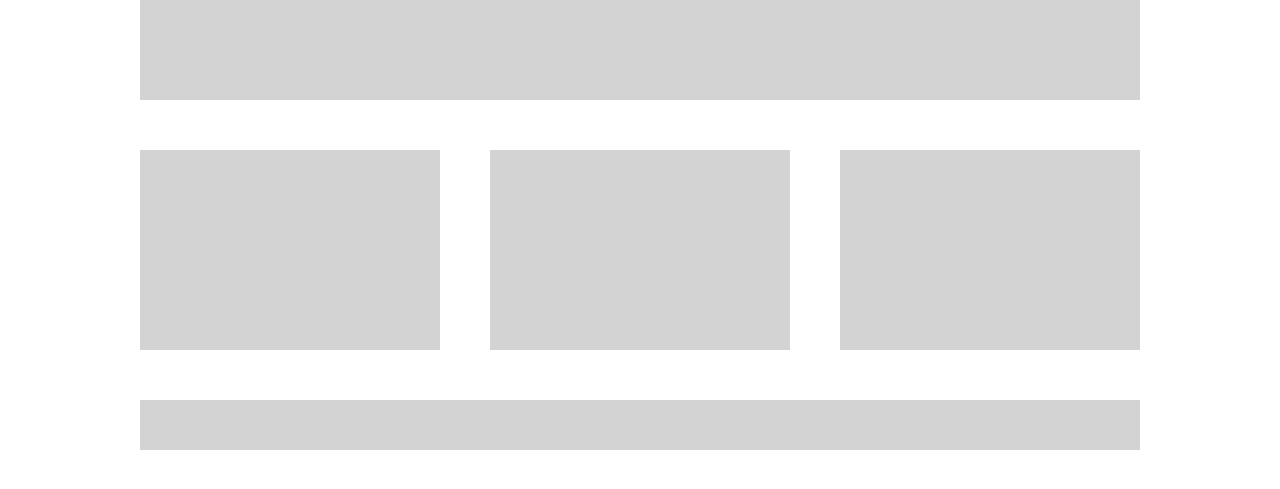
Repository: onopriienkoalina/onopriienkoalina.github.io
Page: dz9_containers/index.html
These files come from the project's save history. The page is drawn as it stood at one moment and after a run of saves; the edit follows.
The browser window is 1280 px wide. The pictures show the whole page.
The style sheet was rebuilt from its Sass, Less or Tailwind sources for each picture, by a compiler version that may differ from the author's.

Above is the page before, as saved 2021-12-01 18:52:22.

### dz9_containers/index.html
<!DOCTYPE html>
<html lang="en">
<head>
    <meta charset="UTF-8">
    <meta http-equiv="X-UA-Compatible" content="IE=edge">
    <meta name="viewport" content="width=device-width, initial-scale=1.0">
    <title>Document</title>
    <link href="reset.css" rel="stylesheet">
    <link href="css/style.css" rel="stylesheet">
</head>
<body>
    <div class="block1">
<div class="header"></div>
<div class="section1"></div>
<div class="section2"></div>
<div class="section3"></div>
<div class="footer"></div>
</div>
</body>
</html>

### dz9_containers/style.scss

.section1{
 float: left;
 width: 30%;
 height: 200px;
 background-color: #D3D3D3;
}
.section2{
    float: left;
    width: 30%;
    height: 200px;
    margin-left: 5%;
    background-color: #D3D3D3;
}
.section3{
    float: left;
    width: 30%;
    height: 200px;
    margin-left: 5%;
    margin-bottom: 5%;
    background-color: #D3D3D3;
}
.header {
    clear: left;
    width: 100%;
    height: 100px;
    margin-bottom: 5%;
    background-color: #D3D3D3;
}
.footer {
    clear: left;
    width: 100%;
    height: 50px;
    background-color: #D3D3D3;
    margin-top: 5%;
}
.block1 {
    width: 1000px;
    margin: auto;
}

Loaded but not shown: dz9_containers/reset.css (common file)

After the next 3 saves:
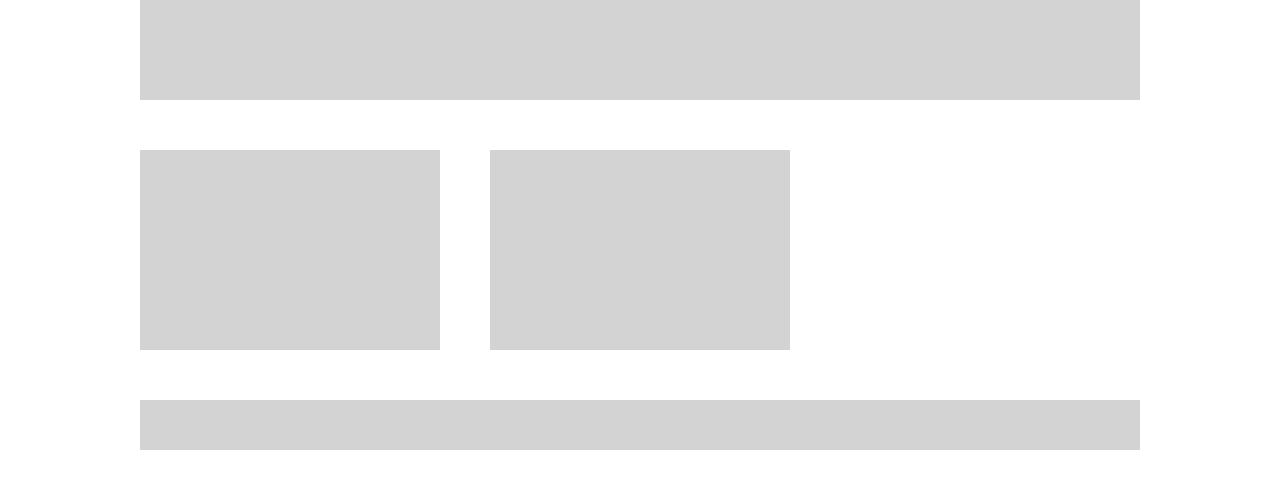
The 3 saves are shown as one change because they came seconds apart.
The last was saved 54 s later.
--- a/dz9_containers/style.scss
+++ b/dz9_containers/style.scss
@@ -5,13 +5,7 @@
  height: 200px;
  background-color: #D3D3D3;
 }
-.section2{
-    float: left;
-    width: 30%;
-    height: 200px;
-    margin-left: 5%;
-    background-color: #D3D3D3;
-}
+
 .section3{
     float: left;
     width: 30%;

After the 2 saves that followed:
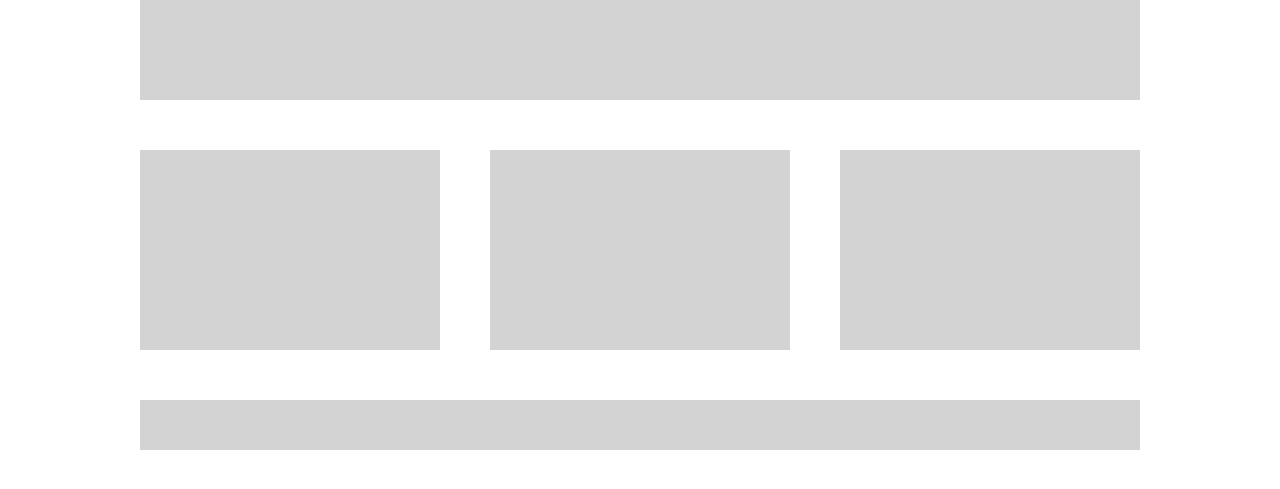
The 2 saves are shown as one change because 1 left the picture as it was.
The last was saved 17 s later.
--- a/dz9_containers/index.html
+++ b/dz9_containers/index.html
@@ -12,7 +12,7 @@
     <div class="block1">
 <div class="header"></div>
 <div class="section1"></div>
-<div class="section2"></div>
+<div class="section3"></div>
 <div class="section3"></div>
 <div class="footer"></div>
 </div>
--- a/dz9_containers/style.scss
+++ b/dz9_containers/style.scss
@@ -5,7 +5,6 @@
  height: 200px;
  background-color: #D3D3D3;
 }
-
 .section3{
     float: left;
     width: 30%;
